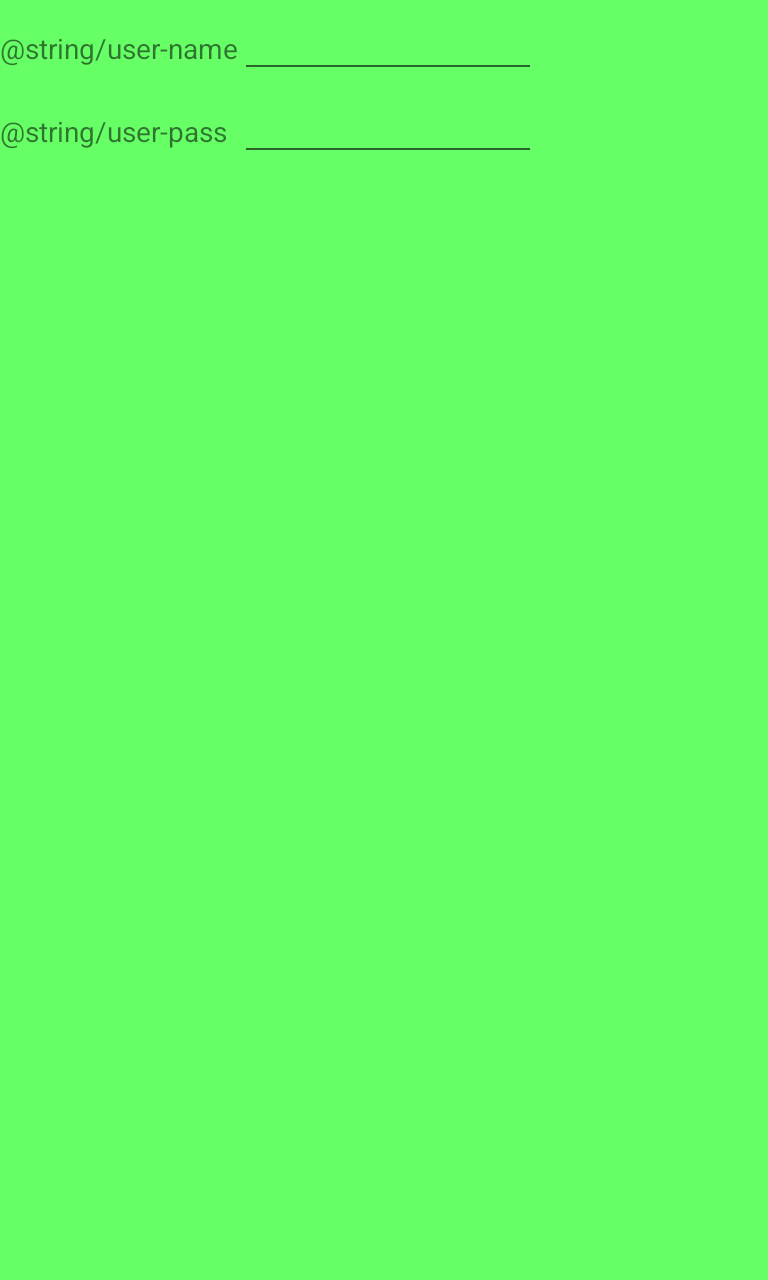
Repository: bingb89/Garbage
Layout: xml/login-demo/res/layout/activity_main.xml
The author's editor kept a copy of each file at every save. The layout is drawn from the files as they stood at one save, then again after the next save.
It is drawn on a 768 x 1280 px phone screen (xhdpi) without system bars, with theme AppTheme; the app's code is not run.

Above is the layout before, as saved 2015-12-25 02:13:35.

### xml/login-demo/res/layout/activity_main.xml
<TableLayout xmlns:android="http://schemas.android.com/apk/res/android"
    xmlns:tools="http://schemas.android.com/tools"
    android:id="@+id/relative"
    android:layout_width="fill_parent"
    android:layout_height="fill_parent"
    android:background="#66ff66"
    tools:context=".MainActivity" >

    <TableRow>

        <TextView
            android:id="@+id/text1"
            android:layout_width="wrap_content"
            android:layout_height="wrap_content"
            android:text="@string/user-name" />

        <EditText
            android:id="@+id/edit1"
            android:layout_width="wrap_content"
            android:layout_height="wrap_content"
            android:minWidth="150dp" />
    </TableRow>

    <TableRow>

        <TextView
            android:id="@+id/text2"
            android:layout_width="wrap_content"
            android:layout_height="wrap_content"
            android:text="@string/user-pass" />

        <EditText
            android:id="@+id/edit2"
            android:layout_width="wrap_content"
            android:layout_height="wrap_content"
            android:minWidth="150dp" />
    </TableRow>

</TableLayout>

Loaded but not shown: xml/login-demo/res/values/styles.xml (common file); xml/login-demo/res/values-v11/styles.xml (common file); xml/login-demo/res/values-v14/styles.xml (common file)

After the next save:
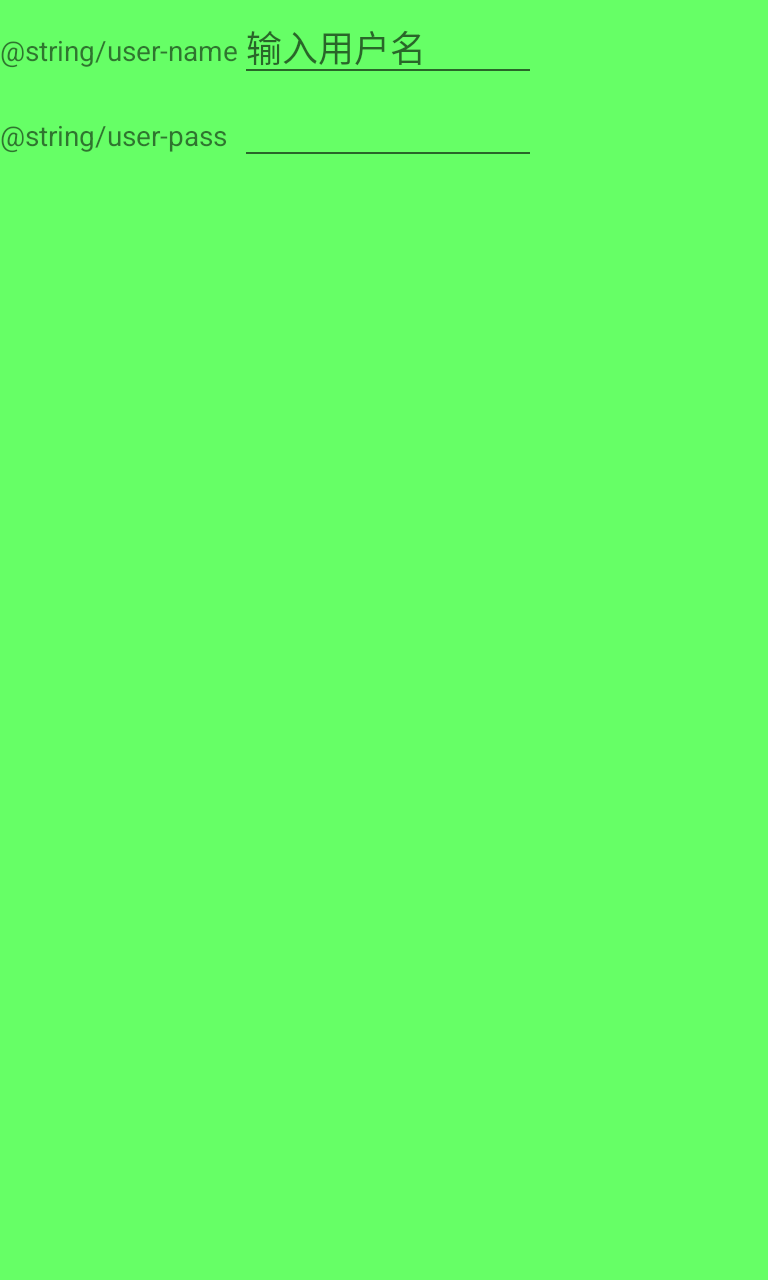
Saved 2 min 54 s later.
--- a/xml/login-demo/res/layout/activity_main.xml
+++ b/xml/login-demo/res/layout/activity_main.xml
@@ -18,7 +18,8 @@
             android:id="@+id/edit1"
             android:layout_width="wrap_content"
             android:layout_height="wrap_content"
-            android:minWidth="150dp" />
+            android:minWidth="150dp"
+            android:hint="输入用户名" />
     </TableRow>
 
     <TableRow>
